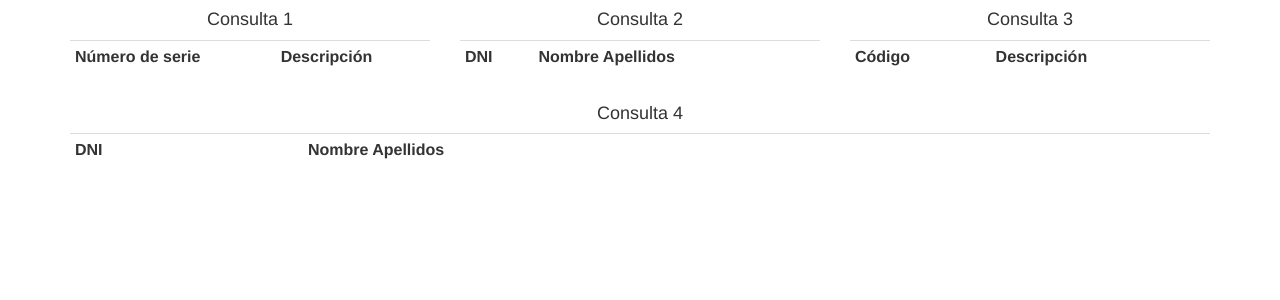
Repository: Myugen/EjercicioPHP
Page: http://localhost/Ejercicio2/index.php
The author's editor kept a copy of each file at every save. The page is drawn from the files as they stood at one save, then again after the next save.
The browser window is 1280 px wide. The pictures show the whole page.
Some web libraries are served in a nearby version. The page is run by PHP 8.4 with error messages shown; the project is at /var/www/html/. Queries for data that is not in the repository find no rows.

Above is the page before, as saved 2015-11-18 19:09:20.

After the next save:
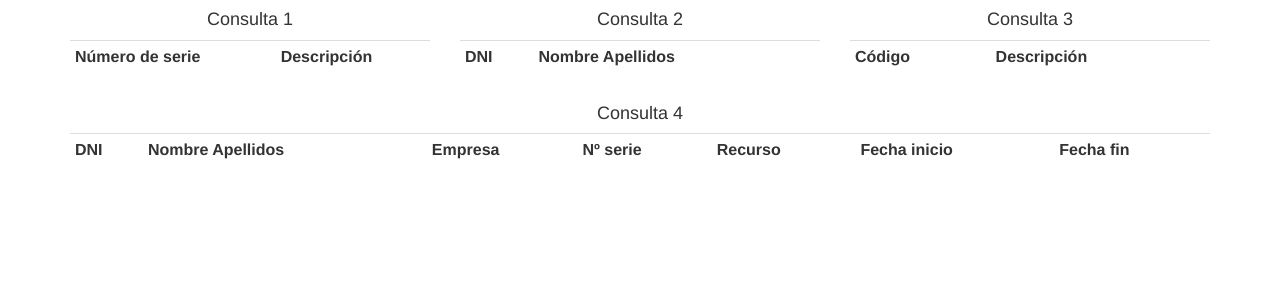
Saved 2 min 54 s later.
--- a/Actividades5-2/Ejercicio2/index.php
+++ b/Actividades5-2/Ejercicio2/index.php
@@ -94,7 +94,8 @@
 		                        AND p.empresa = e.Codigo AND r.empresa = e.Codigo";
 			if($resultado = $conexion->query($consulta4)) {
 				echo "<table class='table table-condensed'>";
-				echo "<tr><th>DNI</th><th>Nombre Apellidos</th></tr>";
+				echo "<tr><th>DNI</th><th>Nombre Apellidos</th><th>Empresa</th><th>Nº serie</th>
+		              <th>Recurso</th><th>Fecha inicio</th><th>Fecha fin</th></tr>";
 				while($row = $resultado->fetch_row()){
 					echo "<tr><td>" . utf8_encode($row[0]) . "</td><td>" . utf8_encode($row[1]) . "</td>
 						  <td>" . utf8_encode($row[2]) . "</td><td>" . utf8_encode($row[3]) . "</td>
